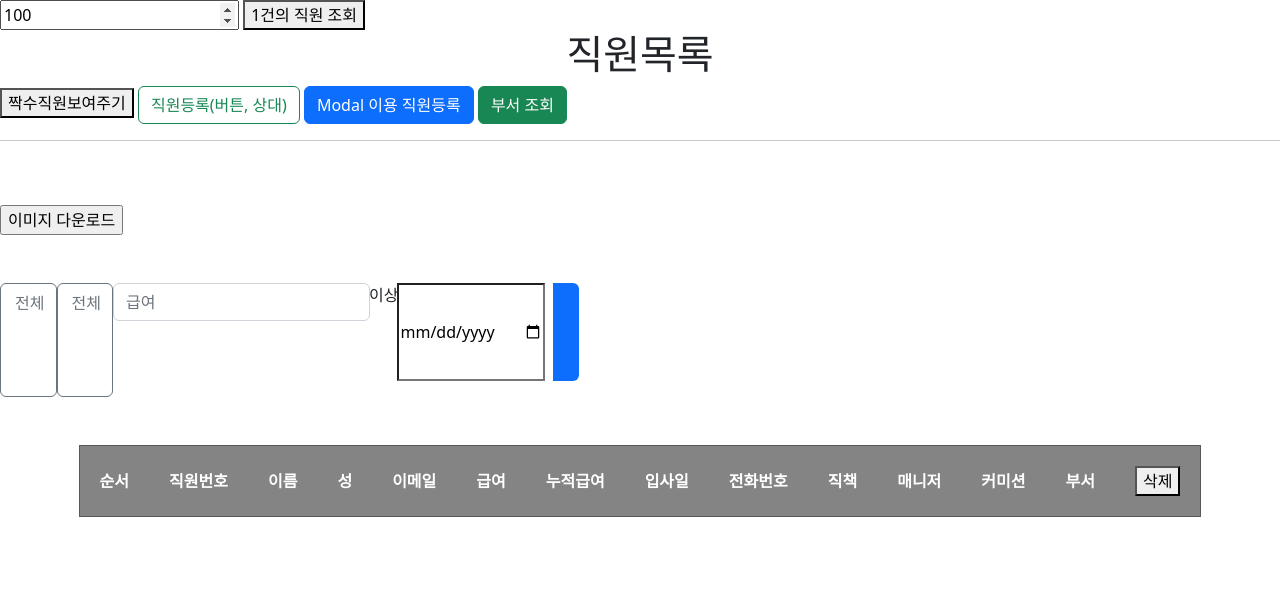
Repository: leessol/spring1
Page: http://localhost/springMVCProject/WEB-INF/views/emp/empSelect.jsp
An editor plug-in stored every save of this project. The page is shown before and after the next save, followed by the edit.
The browser window is 1280 px wide. The pictures show the whole page.
The page is served by Tomcat 9. Nobody is signed in. The template is opened directly, without the code that normally fills it, so the values that code supplies are empty.

Above is the page before, as saved 2023-05-10 05:48:24.

After the next save:
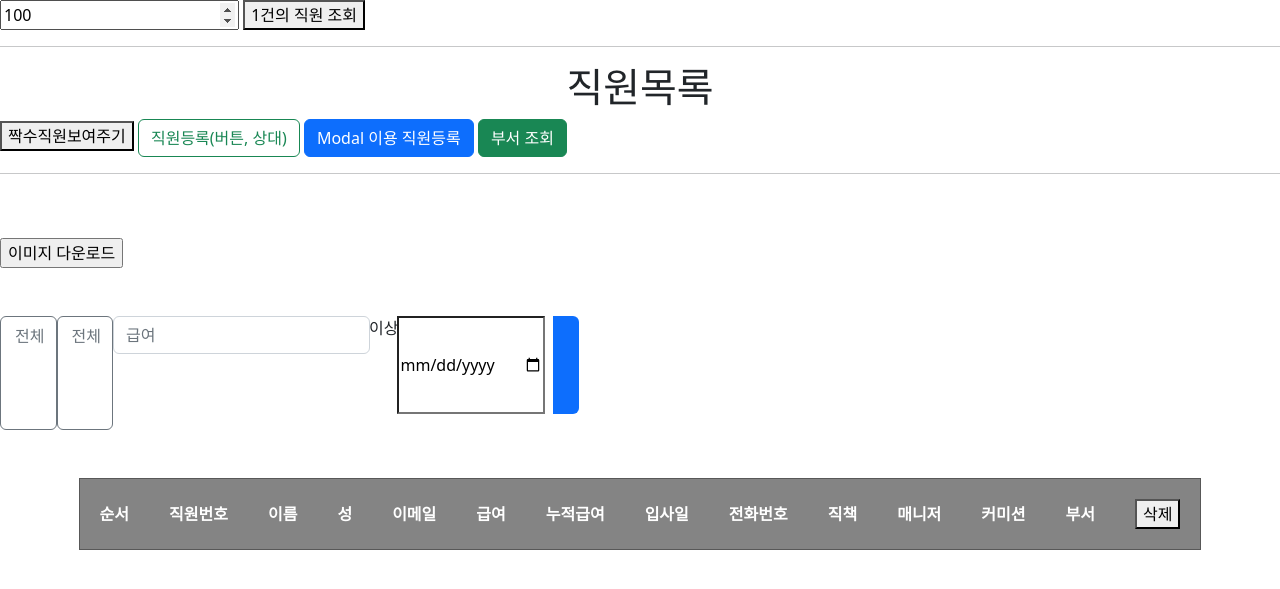
Saved 60 s later.
--- a/springMVCProject/src/main/webapp/WEB-INF/views/emp/empSelect.jsp
+++ b/springMVCProject/src/main/webapp/WEB-INF/views/emp/empSelect.jsp
@@ -108,6 +108,9 @@ tr th {
 		<!-- restful 방식 연습 -->
 		<input type="number" id="empid" value="100"/>
 		<button id=empRetrive>1건의 직원 조회</button>
+		<div id = "resultMessage"></div>
+
+		<hr>
 
 
 		<h1>직원목록</h1>
